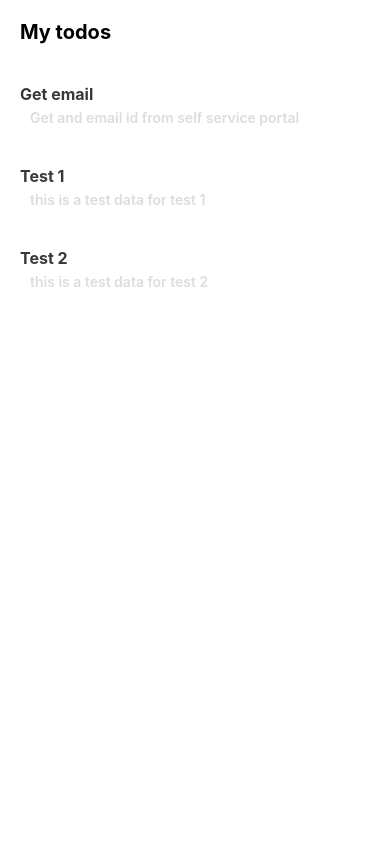
Repository: sadarsh216/Todo-App
Page: /
An editor plug-in stored every save of this project. The page is shown before and after the next save, followed by the edit.
The browser window is 390 px wide. The pictures show the whole page.
The app was drawn by React Native's web renderer in a window 390 px wide. The project was rebuilt for these pictures with package versions that can differ from the ones it lists, and the page was loaded fresh each time.

Above is the page before, as saved 2021-10-09 12:57:10.

After the next save:
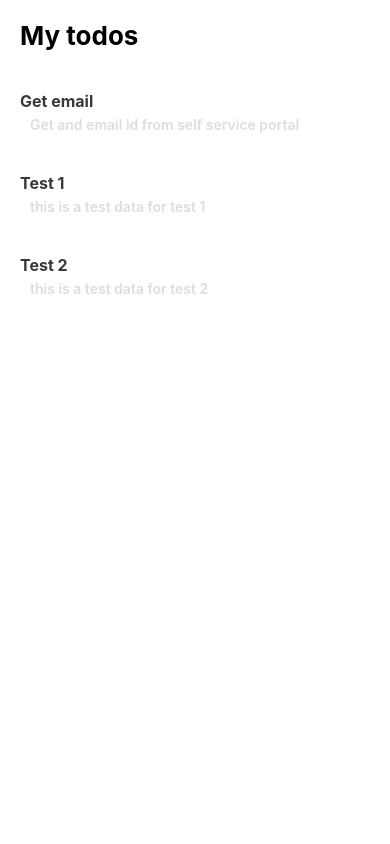
Saved 10 s later.
--- a/App.tsx
+++ b/App.tsx
@@ -14,7 +14,7 @@ export default function App() {
 
 const styles = StyleSheet.create({
   heading: {
-    fontSize: 20,
+    fontSize: 26,
     fontWeight: "bold",
     margin: 20,
   },
